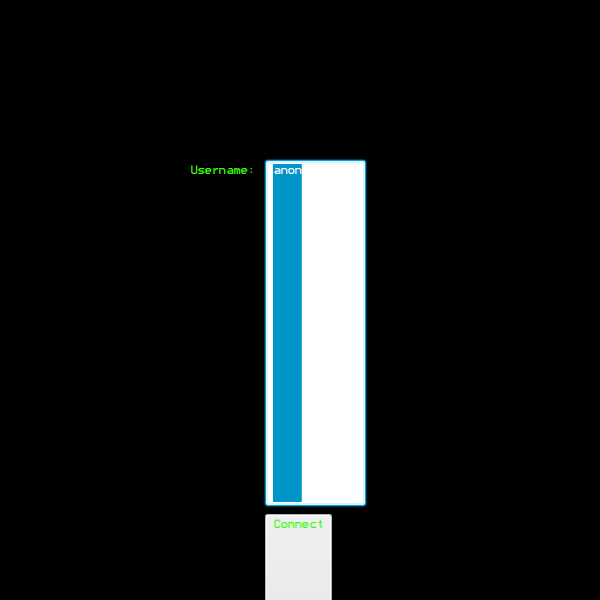
Repository: silic4-ivey/River
Program's window: java RiverClient/src/Main.java
These files come from the project's save history. The program's window is drawn as it stood at one moment and after the next save; the edit follows.
It runs on Java 21 on a 1366 x 768 screen with JavaFX 11; the title bar is not drawn. It also reads RiverClient/resources/fonts/Modeseven-L3n5.ttf.

Above is the program's window before, as saved 2021-08-16 18:43:21.

After the next save:
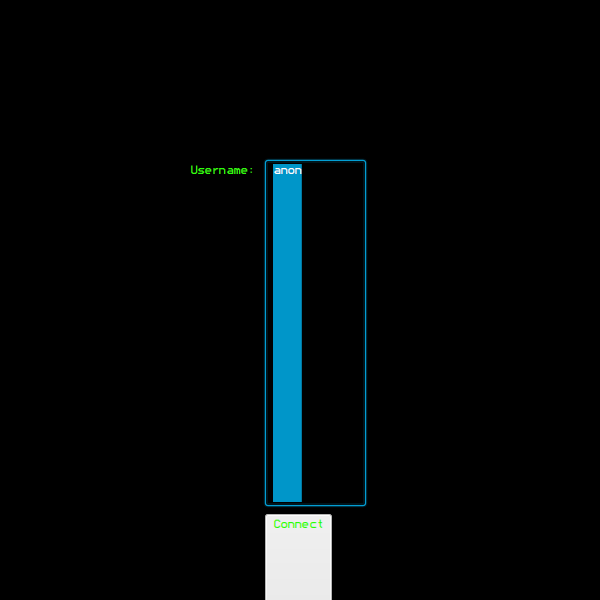
Saved 4 min 8 s later.
--- a/RiverClient/src/MainUI.java
+++ b/RiverClient/src/MainUI.java
@@ -52,6 +52,7 @@
 		}
 
 		text.setStyle("-fx-text-inner-color: #39ff14");
+		text.setStyle("-fx-control-inner-background: black");
 		userLbl.setTextFill(Color.web("#39ff14"));
 		connectButton.setTextFill(Color.web("#39ff14"));
 
